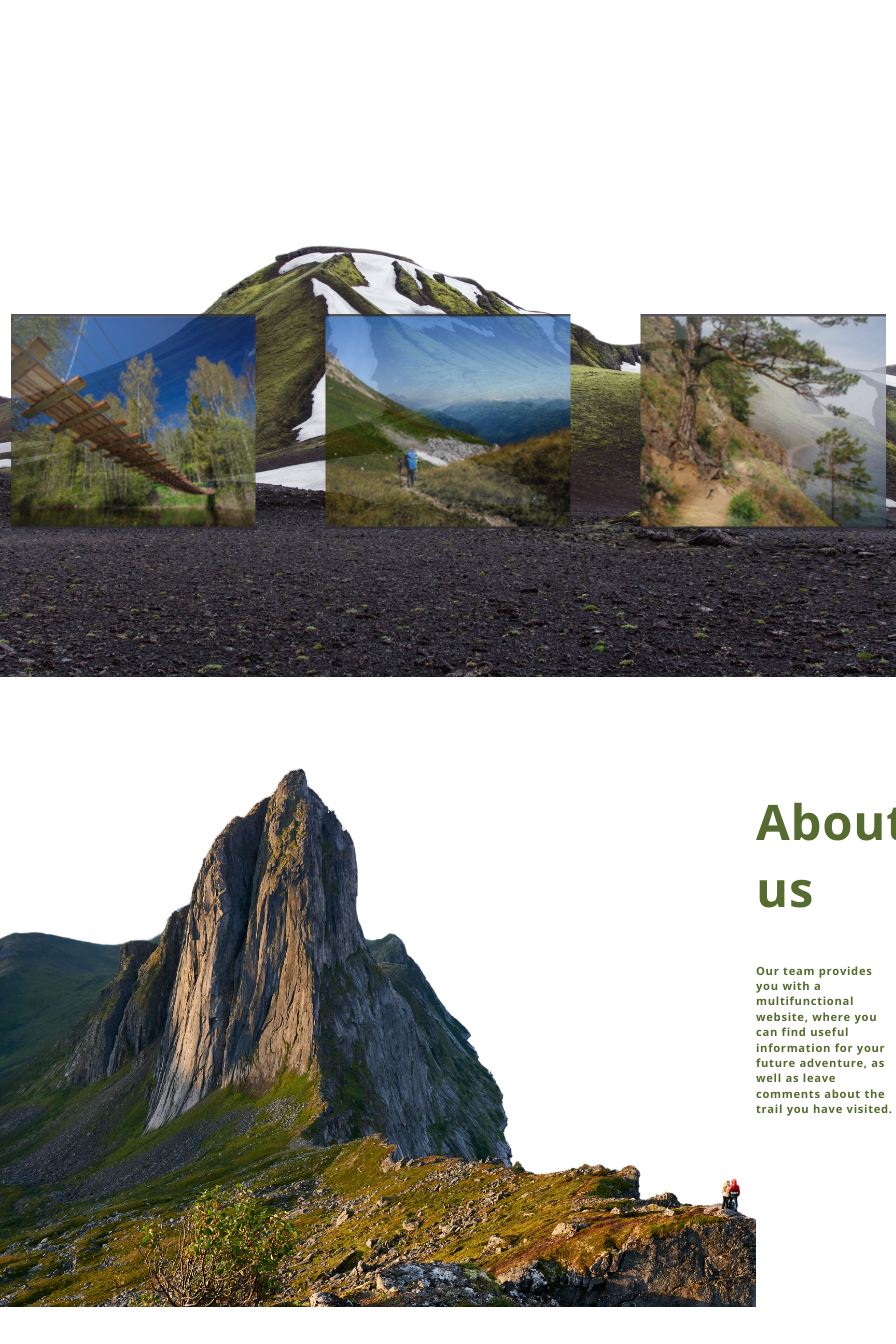
Repository: artembundin/travelrus.github.io
Page: index.html
The author's editor kept a copy of each file at every save. The page is drawn from the files as they stood at one save, then again after a run of saves.
The browser window is 1280 px wide. The pictures show the part of the page from y = 1833 to 3753 px (the page is 4892 px tall before and 4792 px after), at 70% of full size.
A picture or video elsewhere on the page could not be fetched, so the positions and the page height are approximate. An inner scrolling area shows only its first screen. Backgrounds fixed to the window are drawn as part of the page. Some web fonts or font styles are not loaded; a fallback is used.

Above is the page before, as saved 2025-05-08 01:55:19.
Console error: TypeError: Cannot read properties of null (reading 'offsetTop')

### index.html
<!DOCTYPE html>
<html lang="en">
  <head>
    <meta charset="UTF-8" />
    <meta name="viewport" content="width=device-width, initial-scale=1.0" />
    <title>Document</title>
    <link rel="stylesheet" href="style.css" />
  </head>
  <body>
    <header class="header">
      <div class="container-header">
        <img src="icons/TRAIL TRIBE (3).svg" alt="" class="anim header-logo" />
        <ul class="header-list">
          <li><a class="active" href="/">HOME</a></li>
          <li><a href="/">BLOG</a></li>
          <li><a href="#inf">DISCOVER</a></li>
          <li><a href="/">ABOUT AS</a></li>
        </ul>
      </div>
    </header>
    <main class="main">
      <section class="join">
        <div class="join-container">
          <div class="text_section">
            <h2>Featured Items</h2>
            <p>
              These are some of the basic things that will be useful to you on a
              hike. See the full list on our blog.
            </p>
          </div>
          <a href="#" class="btn_list" id="newPageButton">BLOG</a>
        </div>
      </section>
      <section class="inf" id='inf'>
        <div class="inf-container">
          <h2 class="inf-caption animate-slidein">Find our most popular camps</h2>
          <div class="cards">
              <div class="cards-content">
                <a href="map.html#mapstore">
                  <img src="images/bvt.jpeg" alt="" class="img">
                </a>
                <div class="cards-text">
                  <h4 class="cards-title">The Big Valdai Trail</h4>
                  <p class="cards-sub-title">Its uniqueness lies in the change of ecological systems: spruce-fir forest, broad-leaved forest, pine forest.</p>
                </div>
              </div>
            <div class="cards-content">
              <a href="map.html#mapstore2">
                <img src="images/30.jpeg" alt="" class="img">
              </a>
              <div class="cards-text">
                <h4 class="cards-title">Through the Mountains to the Sea</h4>
                <p class="cards-sub-title">One of the oldest, most popular traveled tourist routes in the Soviet Union.</p>
              </div>
            </div>
            <div class="cards-content">
              <a href="map.html#mapstore3">
                <img src="images/btt.jpeg" alt="" class="img">
              </a>
              <div class="cards-text">
                <h4 class="cards-title">The Great Baikal Trail</h4>
                <p class="cards-sub-title">The trail will connect three national parks and three reserves.</p>
              </div>
            </div>
          </div>
        </div>
      </section>
      <section class="aboutus">
        <div class="aboutus-container">
          <div class="aboutus-image animate-slideleft"></div>
          <div class="aboutus-text animate-slideright">
            <h2 class="aboutus-title">About us</h2>
            <p class="aboutus-sub-title">Our team provides you with a multifunctional website, where you can find useful information for your future adventure, as well as leave comments about the trail you have visited.</p>
          </div>
        </div>
      </section>
      <section class="stuff-list">
      <h2 class="stuff-list-caption animate-appeir">That is useful for any hike</h2>
      <div class="item">
        <div class="stuff-list-container animate-appeir">
            <div class="stuff-item">
                    <p class="item1_title">Knife</p>
                    <img src="images/knife.svg" alt="/" id="item1">
            </div>
            <div class="stuff-item">
                    <p class="item2_title">Sleeping-bag</p>
                    <img src="images/sleepingbag.svg" alt="/" id="item2">
            </div>
            <div class="stuff-item">
                    <p class="item3_title">Tent</p>
                    <img src="images/tent.svg" alt="/" id="item3">
            </div>
          </div>
      </div>
    </section>
  </main>
  <script src="animation.js"></script>
  </body>
</html>




<!--<h2 class="stuff-list-caption">That is useful for any hike</h2>-->

### style.css
@font-face {
  font-family: 'OpenSans';
  src: url(fonts/OpenSans-Regular.woff2) format('woff2');
  font-weight: 400;
  font-style: normal;
  font-display: swap;
}
@font-face {
  font-family: 'OpenSans';
  src: url(fonts/OpenSans-Bold.woff2) format('woff2');
  font-weight: 700;
  font-style: normal;
  font-display: swap;
}


body {
  margin: 0;
  font-family: 'OpenSans';
  background-color: white;
  color: white;
  font-weight: 550;
}

ul {
  list-style: none;
  padding: 0;
  margin: 0;
}

a {
  text-decoration: none;
  color: white;
}

p {
  display: flex;
  /*animation: pfade linear both;
  animation-timeline: view();
  animation-range: entry 50% cover 50%;*/
}


h1, h2, h3, h4, h5, h6 {
  display: flex;
  /*animation: pfade linear both;
  animation-timeline: view();
  animation-range: entry 50% cover 50%;*/
}


/*@keyframes pfade {
  from {
    opacity: 0;
  }
  to {
    opacity: 1;
  }
} */

a {
  text-decoration: none;
}

/*Шапка*/

.header {
  position: relative;
  text-align: center;
  background-image: url(images/hiking3.jpeg);
  background-attachment: fixed;
  background-size: cover;
  background-position: center;
}

.container-header {
  display: flex;
  flex-direction: column;
  align-items: center;
  max-width: 1200px;
  height: 900px;
  margin-left: auto;
  margin-right: auto;
  overflow-x: hidden;
  padding: 0 15px;
}

.header-logo {
  width: 600px;
  height: 600px;
}



.header-img {
  position: absolute;
  width: 100%;
  height: auto;

  background-image: url(images/hiking3.jpeg);
  /*background-attachment: fixed;
    background-size: cover;
    background-position: center;*/
  z-index: -1;
}

.header-list {
  display: flex;
  gap: 40px;
  margin-top: -100px;
  text-decoration: underline;
  text-underline-offset: 10px;
  opacity: 0.6;
  font-weight: 600;
  font-size: 25px;
  letter-spacing: 3px;
}


/*СЕКЦИЯ 1*/

.main {
  display: inline;
}


.join {
  background-image: url('images/cloudmount.png');
  background-size: contain;
  background-repeat: no-repeat;
  animation: pfade linear both;
  animation-timeline: view();
  animation-range: entry 50% cover 50%;
}

@keyframes pfade {
  from {
    opacity: 0;
  }
  to {
    opacity: 1;
  }
}

.join-container {
  display: flex;
  max-width: 1500px;
  height: 1000px;
  margin-left: auto;
  margin-right: auto;
  overflow-x: hidden;
  padding: 0 15px;
}


.text_section {
  width: 330px;
  height: 500px;
  padding: 100px;
  color: darkolivegreen;
}

.text_section p {
  letter-spacing: 1px;
}

.text_section h2 {
  font-size: 70px;
  font-weight: 700;
}

/*Кнопка*/

.btn_list {
  position: relative;
  text-align: center;
  padding: 5px 10px;
  width: 200px;
  height: 30px;
  top: 550px ;
  right: 430px;
  font-size: 20px;
  color: darkolivegreen;

  background-color: white;
  border-radius: 17px;
  box-shadow: 5px 5px 5px 3px #8a8a8a;
  cursor: pointer;
  transition: .3s;
}

.btn_list:active {
  transform: translateY(4px);
  box-shadow: 0 5px 0 darkgreen;
}


/*Конец кнопки*/



/*СЕКЦИЯ 2*/

.inf {
  background-image: url(images/holm.png);
  background-attachment: fixed;
  background-size: 1500px 900px;
  background-repeat: no-repeat;
  color: #AFD2F2;

}


.inf-caption {
  display: flex;
  justify-content: center;
  font-size: 60px;
  font-weight: 700;
  margin-top: 100px;
  margin-bottom: 200px;

  color: white;
}

@keyframes slidein {
  from {
    transform: translateX(-100%);
    opacity: 0;
  }
  to {
    transform: translateX(0);
    opacity: 1;
  }
}

.inf-caption.animate-slidein {
  animation: slidein;
  animation-duration: 2s;
  animation-timing-function: linear forwards;
  animation-iteration-count: 1;
}

.inf-container {
  max-width: 1500px;
  height: 900px;
  margin-left: auto;
  margin-right: auto;
  overflow-x: hidden;
  padding: 0 15px;
}

@keyframes fadein {
  from {
    opacity: 0;
  }
  to {
    opacity: 1;
  }
}

.cards {
  display: flex;
  justify-content: center;
  gap: 100px;
  animation: pfade linear both;
  animation-timeline: view();
  animation-range: entry 50% cover 50%;
}

.cards-content {
  display: flex;
  position: relative;
  justify-content: center;
  align-items: center;
  overflow: hidden;




  /*width: 400px;
  border-radius: 20px;
  margin-top: 200px;
  text-align: center;*/
}


.img {
  width: 400px;
  height: 300px;
  border: 3px solid #2E2C33;




  /*max-width: 100%;
  height: 350px;
  object-fit: cover;
  border-radius: 15px;*/
}

.cards-text {
  width: 200px;
  height: 200px;
  background-color: white;
  padding: 1.5rem 2rem;
  box-shadow: 0 8px 24px hsla(0, 0%, 0%, .15);
  border-radius: 1rem;
  position: absolute;
  bottom: -9rem;
  opacity: 0;
  transition: opacity 1s 1s;
}

.cards-title {
  font-size: 28px;
  font-weight: 700;
  margin-bottom: .75rem;
}



.cards-sub-title {
  font-size: 13px;
  font-weight: 400;

}

.cards-content:hover .cards-text{
  animation: show-text 1s forwards;
  opacity: 1;
  transition: opacity .3s;
}

.cards-content {
  animation-name: remove-overflow;
  animation: remove-overflow 2s forwards;

}

.cards-content:not(:hover) {
  animation: show-overflow 2s forwards;
}

.cards-content:not(:hover) .cards-text {
  animation: remove-text 1s forwards;
}

@keyframes show-text {
  50% {
    transform: translateY(-10rem);
  }
  100% {
    transform: translateY(-7rem);
  }
}

@keyframes remove-overflow {
  to {
    overflow: initial;
  }
}

@keyframes remove-text {
  0% {
    transform: translateY(-7rem);
  }
  50% {
    transform: translateY(-10rem);
  }
  100% {
    transform: translateY(.5rem);
  }
}

@keyframes show-overflow {
  0% {
    overflow: initial;
    pointer-events: none;
  }
  50% {
    overflow: hidden;
  }
}


/*СЕКЦИЯ 3 */



.aboutus {
  color: darkolivegreen;
}


.aboutus-container {
  display: flex;
  max-width: 1500px;
  height: 800px;
  margin-right: auto;
  overflow-x: hidden;
  margin-top: 100px;
  margin-bottom: 150px;
}


.aboutus-image {
  background-image: url(images/goraaa.png);
  background-size: cover;
  background-repeat: no-repeat;
  width: 1200px;
  height: 800px;
}

/*@keyframes slideleft {
  from{
    transform: translateX(-100%);
    opacity: 0;
  }
  to {
    transform: translate(0);
    opacity: 1;
  }
}

.aboutus-image.animate-slideleft {
  animation: slideleft;
  animation-duration: 5s;
  animation-timing-function: linear forwards;
  animation-iteration-count: 1;
}*/

.aboutus-text {
  width: 200px;
  height: 300px;
  text-align: left;
  letter-spacing: 1px;
}

/*.aboutus-text.animate-slideright {
  animation: none;
  animation: slideright;
  animation-duration: 4s;
  animation-timing-function: linear forwards;
  animation-iteration-count: 1;
}

@keyframes slideright {
  from {
    transform: translateX(100%);
  }
  to {
    transform: translateX(0);
  }
}*/

.aboutus-title {
  font-size: 70px;
  justify-content: left;
}



/*СЕКЦИЯ 3*/


/*.cards {
  display: flex;
  justify-content: center;
  gap: 170px;
} карточки секция */

@keyframes appeir {
  from {
    opacity: 0;
  }
  to {
    opacity: 1;
  }
}

.stuff-list-caption {
  display: flex;
  justify-content: center;
  font-size: 65px;
  font-weight: 700;
  color: darkolivegreen;

}

.stuff-list-caption.animate-appeir {
  animation: appeir;
  animation-duration: 6s;
  animation-timing-function: linear forwards;
  animation-iteration-count: 1;
}

.stuff-list-container.animate-appeir {
  display: grid;
  grid-template-columns: 0.25fr 0.25fr;
  grid-template-rows: 600px 600px;
  gap: 20px;
  max-width: 1200px;
  height: 800px;
  margin-left: auto;
  margin-right: auto;
  overflow-x: hidden;
  margin-top: 100px;


    /*animation: appeir2 ;
    animation-duration: 1s;
    animation-timing-function: ease-in forwards;
    animation-delay: 1s;
    animation-iteration-count: 1;*/

}

/*@keyframes appeir2 {
  from {
    opacity: 0;
  }
  to {
    opacity: 1;
  }
}*/

.stuff-list {
  color: white;
}


.item {
  background-image: url(/images/sumka.png);
  background-size: 1300px 800px;
  background-repeat: no-repeat;
  background-position: center;
}


#item1 {
  background-color: lemonchiffon;
  position: relative;
  left: 490px;
  top: 160px;
}



#item2 {
  background-color: lightpink;
  position: relative;
  left: 390px;
  top: 130px;
}



#item3 {
  background-color: lightsteelblue;
  position: relative;
  left: 530px;
  bottom: 230px;
}

.item1_title {
  position: relative;
  left: 490px;
  top: 160px;
  font-size: 17px;
}

.item2_title {
  position: relative;
  left: 390px;
  top: 130px;
  font-size: 17px;
}

.item3_title {
  position: relative;
  left: 530px;
  bottom: 230px;
  font-size: 17px;
}

/* В конец файла добавим медиа-запросы */

/* Для планшетов */
@media screen and (max-width: 1024px) {
  .container-header {
    height: 700px;
  }

  .header-logo {
    width: 400px;
    height: 400px;
  }

  .header-list {
    font-size: 20px;
    gap: 20px;
  }

  .join-container {
    width: 100%;
    padding: 0 20px;
  }

  .text_section {
    padding: 50px;
  }

  .text_section h2 {
    font-size: 50px;
  }

  .cards {
    flex-wrap: wrap;
    gap: 50px;
  }

  .img {
    width: 300px;
    height: 225px;
  }

  .aboutus-container {
    flex-direction: column;
    height: auto;
  }

  .aboutus-image {
    width: 100%;
    height: 500px;
  }

  .aboutus-text {
    width: 100%;
    margin: 20px;
  }
}

/* Для мобильных устройств */
@media screen and (max-width: 768px) {
  .container-header {
    height: 500px;
  }

  .header-logo {
    width: 300px;
    height: 300px;
  }

  .header-list {
    font-size: 16px;
    gap: 15px;
    flex-direction: column;
  }

  .text_section h2 {
    font-size: 40px;
  }

  .btn_list {
    right: 200px;
  }

  .inf-caption {
    font-size: 40px;
    margin: 50px 0;
  }

  .cards-content {
    width: 100%;
  }

  .img {
    width: 100%;
    max-width: 300px;
  }

  .stuff-list-container {
    grid-template-columns: 1fr;
    grid-template-rows: auto;
  }

  #item1, #item2, #item3,
  .item1_title, .item2_title, .item3_title {
    left: 50%;
    transform: translateX(-50%);
    position: relative;
    top: 0;
    bottom: 0;
  }

  .stuff-list-caption {
    font-size: 40px;
    text-align: center;
  }
}

/* Для маленьких экранов */
@media screen and (max-width: 480px) {
  .header-logo {
    width: 200px;
    height: 200px;
  }

  .text_section {
    width: 100%;
    padding: 20px;
  }

  .text_section h2 {
    font-size: 30px;
  }

  .btn_list {
    width: 150px;
    right: 100px;
  }
}

.join,
.inf,
.aboutus,
.stuff-list {
  width: 100%;
  overflow-x: hidden;
}

### animation.js
window.addEventListener('scroll', function() {
    var infCaption = document.querySelector('.inf-caption');
    var infOffsetTop = infCaption.offsetTop;
    var windowHeight = window.innerHeight;
    var scrollTop = window.scrollY;

    if (scrollTop > infOffsetTop - windowHeight) {
    infCaption.classList.add('animate-slidein');
    }
    else {
    infCaption.classList.remove('animate-slidein');
    }
});

window.addEventListener('scroll', function() {
    var aboutusSection = document.querySelector('.aboutus');
    var aboutusOffsetTop = aboutusSection.offsetTop;
    var windowHeight = window.innerHeight;
    var scrollTop = window.scrollY;

    if (scrollTop > aboutusOffsetTop - windowHeight) {
    document.querySelector('.aboutus-image').classList.add('animate-slideleft');
    document.querySelector('.aboutus-text').classList.add('animate-slideright');
    }
    else {
    document.querySelector('.aboutus-image').classList.remove('animate-slideleft');
    document.querySelector('.aboutus-text').classList.remove('animate-slideright');
    }
});


window.addEventListener('scroll', function() {
    var stuffSection = document.querySelector('.stuff-list');
    var stuffOffsetTop = stuffSection.offsetTop;
    var windowHeight = window.innerHeight;
    var scrollTop = window.scrollY;

    if (scrollTop > stuffOffsetTop - windowHeight) {
    document.querySelector('.stuff-list-caption').classList.add('animate-appeir');
    }
    else {
    document.querySelector('.stuff-list-caption').classList.remove('animate-appeir');
    }
});

document.addEventListener('scroll', function() {
    var stuffSection = document.querySelector('.stuff-list-container');
    var windowHeight = window.innerHeight;
    var stuffOffsetTop = stuffSection.offsetTop;
    var scrollTop = window.scrollY;

    if (scrollTop > stuffOffsetTop - windowHeight) {
        stuffSection.classList.add('animate-appeir');
    } else {
        stuffSection.classList.remove('animate-appeir');
    }
});

document.addEventListener('scroll', function() {
    var footer = document.querySelector('.footer');
    var windowHeight = window.innerHeight;
    var footerOffsetTop = footer.offsetTop;
    var scrollTop = window.scrollY;

    if (scrollTop > footerOffsetTop - windowHeight) {
        footer.classList.add('animate-appeir-footer');
    } else {
        footer.classList.remove('animate-appeir-footer');
    }
});

document.addEventListener('scroll', function() {
    var socialContainer = document.querySelector('.social-container');
    var windowHeight = window.innerHeight;
    var socialContainerOffsetTop = socialContainer.offsetTop;
    var scrollTop = window.scrollY;

    if (scrollTop > socialContainerOffsetTop - windowHeight) {
        socialContainer.classList.add('animate-appeir3');
    } else {
        socialContainer.classList.remove('animate-appeir3');
    }
});

const newPageButton = document.getElementById('newPageButton');

newPageButton.addEventListener('click', function() {
    window.open('blog.html');
});

After the next 2 saves:
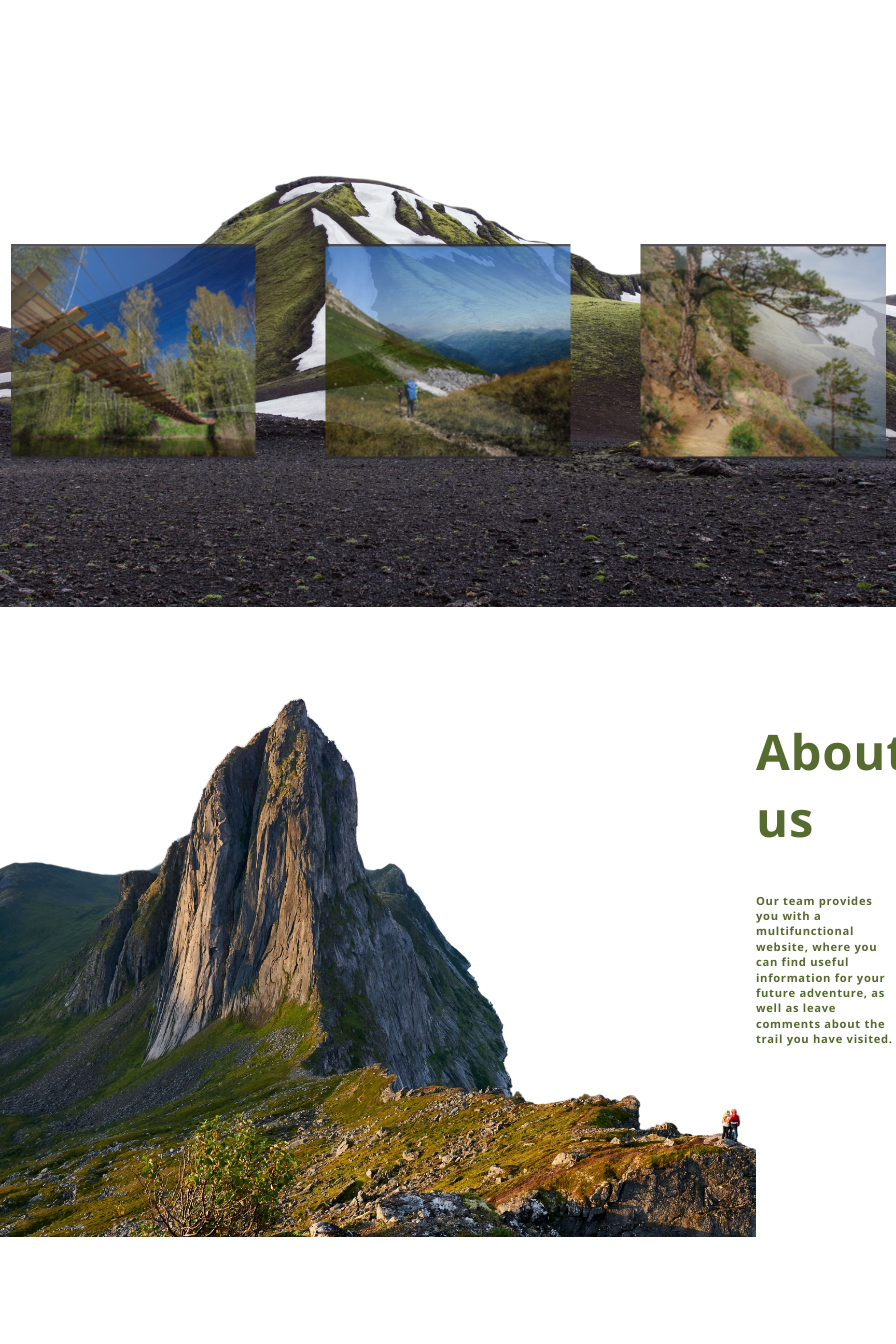
The 2 saves are shown as one change because they came seconds apart.
The last was saved 14 s later.
--- a/style.css
+++ b/style.css
@@ -145,7 +145,7 @@ a {
 .join-container {
   display: flex;
   max-width: 1500px;
-  height: 1000px;
+  height: 900px;
   margin-left: auto;
   margin-right: auto;
   overflow-x: hidden;
